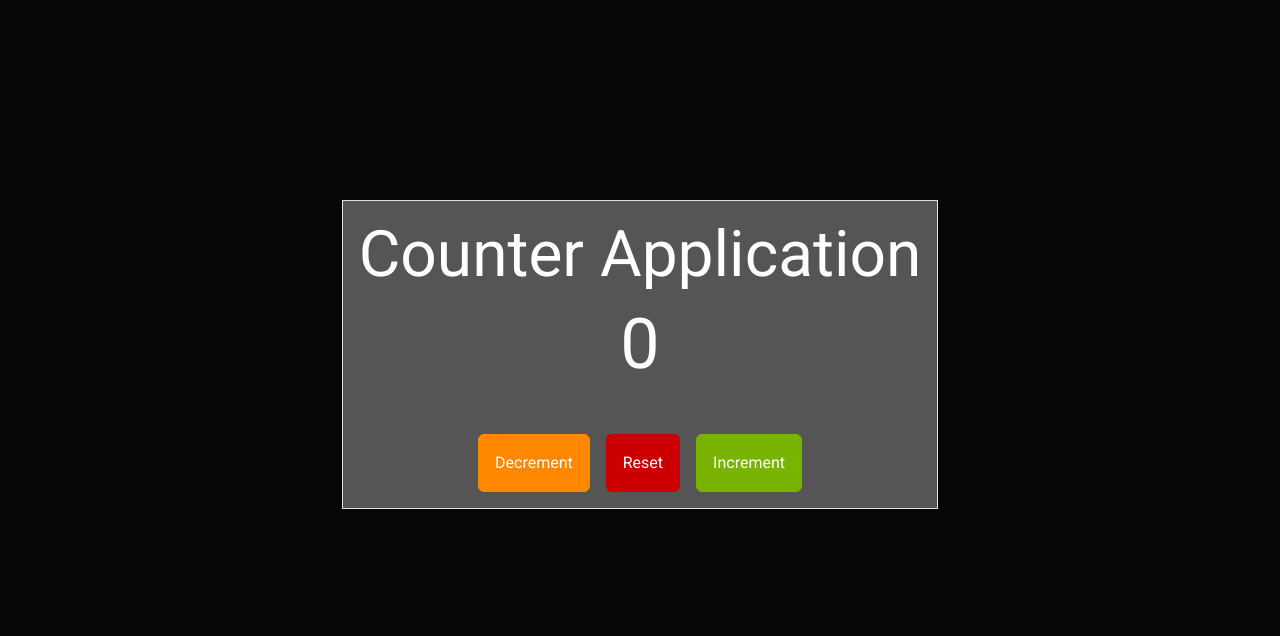
Repository: Afraz13/Emoboo
Page: /
An editor plug-in stored every save of this project. The page is shown before and after the next save, followed by the edit.
The browser window is 1280 px wide. The pictures show the whole page.
The project was rebuilt for these pictures with package versions that can differ from the ones it lists, and the page was loaded fresh each time.

Above is the page before, as saved 2024-08-15 16:05:58.

After the next save:
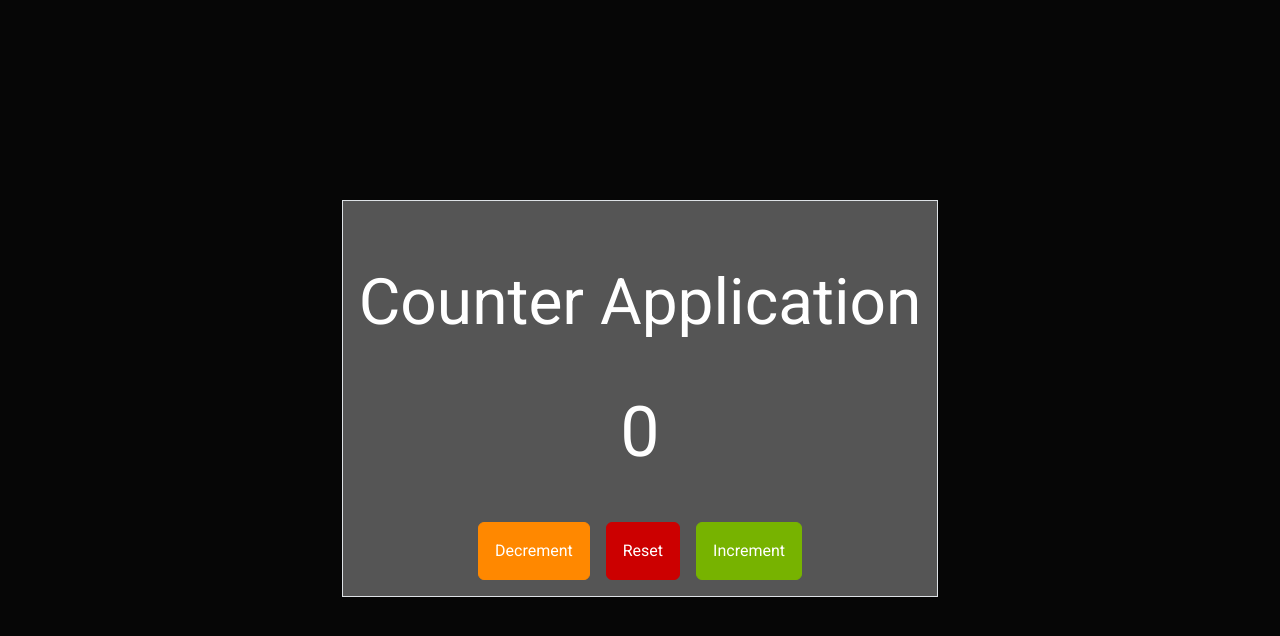
Saved 6 s later.
--- a/src/compontent/Counter.jsx
+++ b/src/compontent/Counter.jsx
@@ -10,7 +10,7 @@ function Counter() {
   return (
     <div style={{marginTop:'200px'}} className='d-flex justify-content-center align-items-center w-100  flex-column   '>
         <div className='border p-3 bg-secondary '>
-            <h1 className=''>Counter Application</h1>
+            <h1 className='mt-5 mb-5'>Counter Application</h1>
         <h1 style={{fontSize:'70px'}}>{count}</h1>
         <div className='mt-5'>
             <button onClick={()=>dispatch(decrement())} className='btn btn-warning p-3'>Decrement</button>
